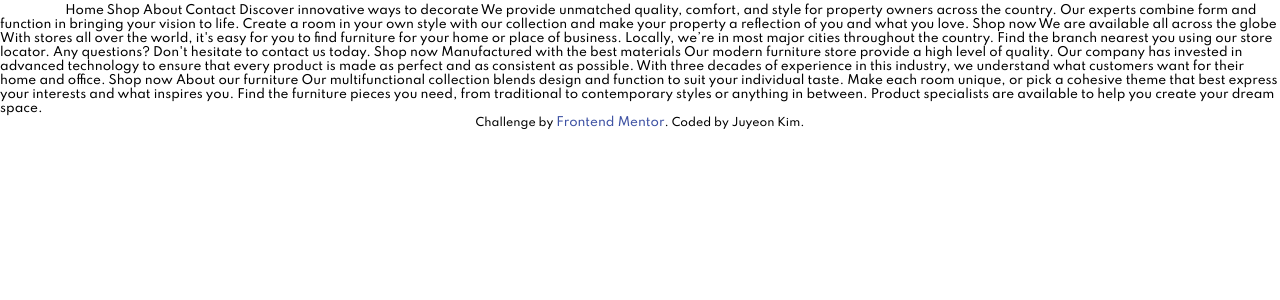
Repository: Jay-JYKim91/room-homepage-master
Page: index.html
An editor plug-in stored every save of this project. The page is shown before and after the next save, followed by the edit.
The browser window is 1280 px wide. The pictures show the whole page.

Above is the page before, as saved 2021-07-11 21:39:57.

After the next save:
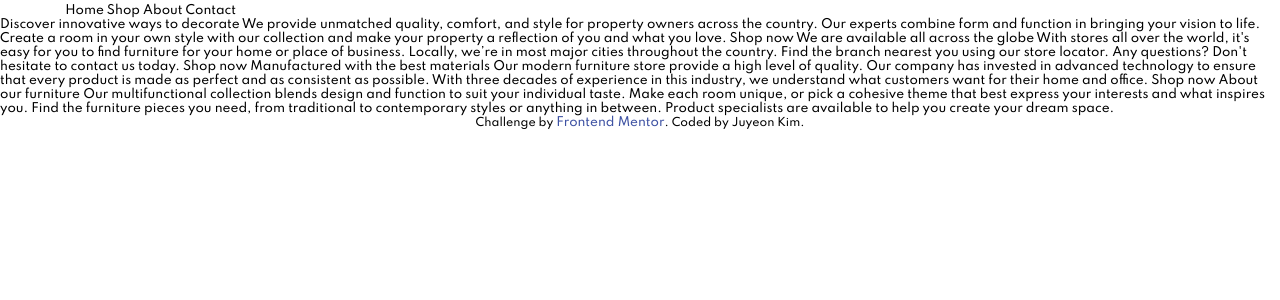
Saved 27 s later.
--- a/index.html
+++ b/index.html
@@ -12,11 +12,14 @@
 
 </head>
 <body>
-  <img src="./images/logo.svg" alt="logo">
-  Home
-  Shop
-  About
-  Contact
+  <header>
+    <img src="./images/logo.svg" alt="logo">
+    Home
+    Shop
+    About
+    Contact
+  </header>
+
 
   Discover innovative ways to decorate
 
